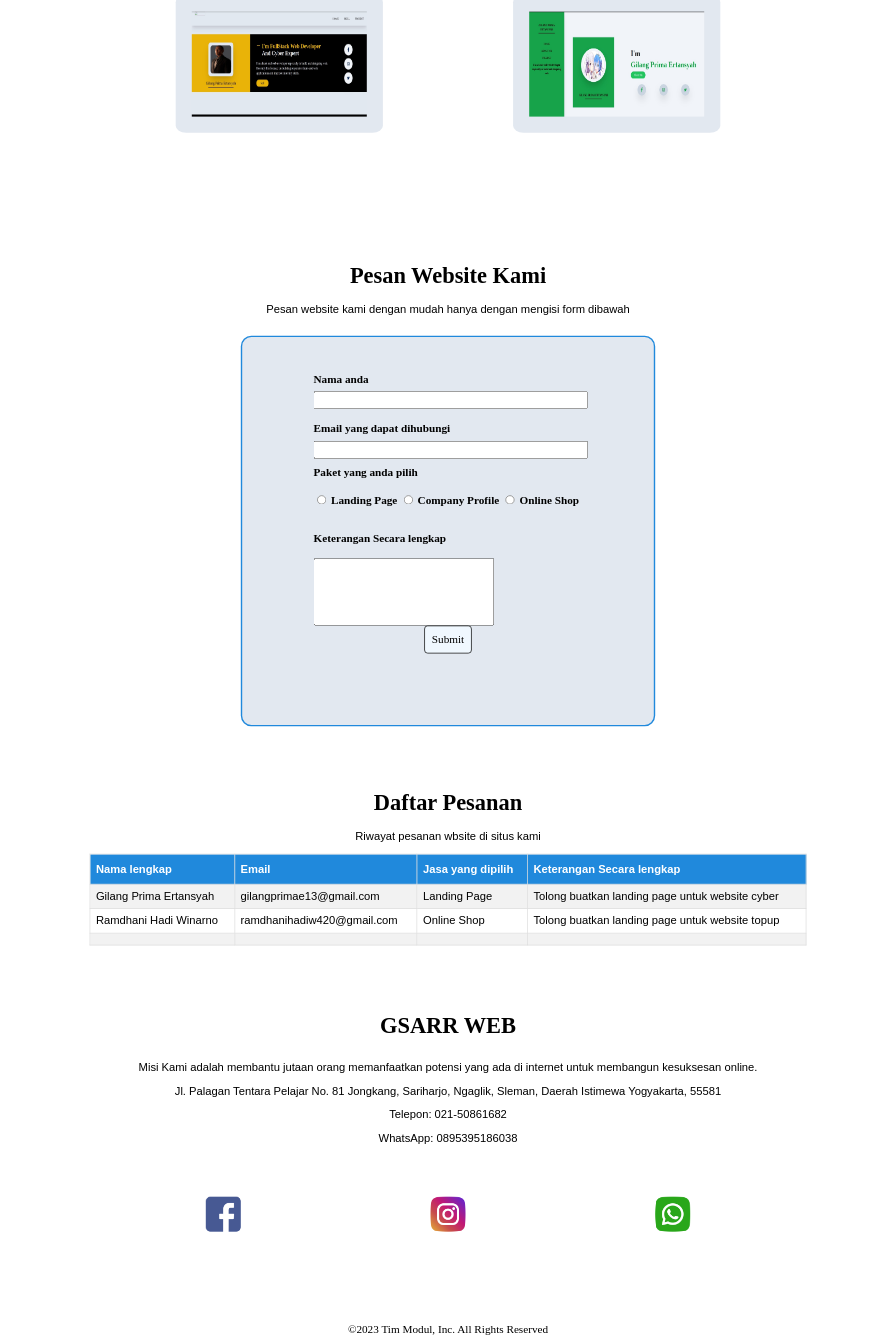
Repository: zecht12/TimModul
Page: TimModul.html
An editor plug-in stored every save of this project. The page is shown before and after a run of saves, followed by the edit.
The browser window is 1280 px wide. The pictures show the part of the page from y = 2532 to 4452 px (the page is 4452 px tall before and 4415 px after), at 70% of full size.

Above is the page before, as saved 2023-04-27 19:20:43.

After the next 2 saves:
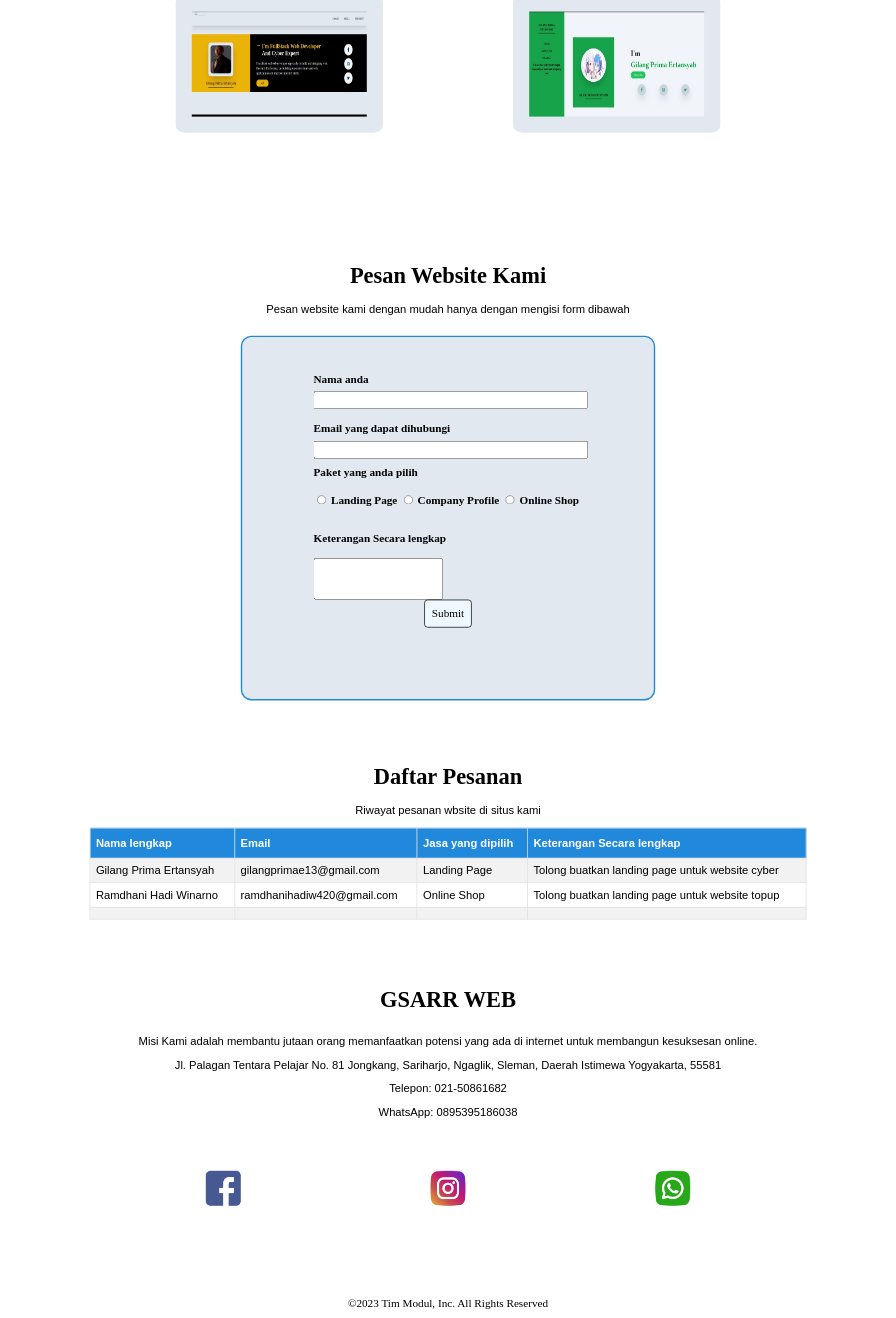
The 2 saves are shown as one change because they came seconds apart.
The last was saved 7 s later.
--- a/TimModul.html
+++ b/TimModul.html
@@ -231,7 +231,7 @@
 
                 <div>
                     <p style="color: black; font-weight: bold; padding-bottom: 1%;">Keterangan Secara lengkap</p>
-                    <input type="text" id="Keterangan" name="Keterangan" class="Keterangan" style="padding: 10%;">
+                    <input type="text" id="Keterangan" name="Keterangan" class="Keterangan" style="padding-top: 10%;">
                 </div>
 
                 <div style="display: flex; justify-content: center; align-items: center;">

After the 3 saves that followed:
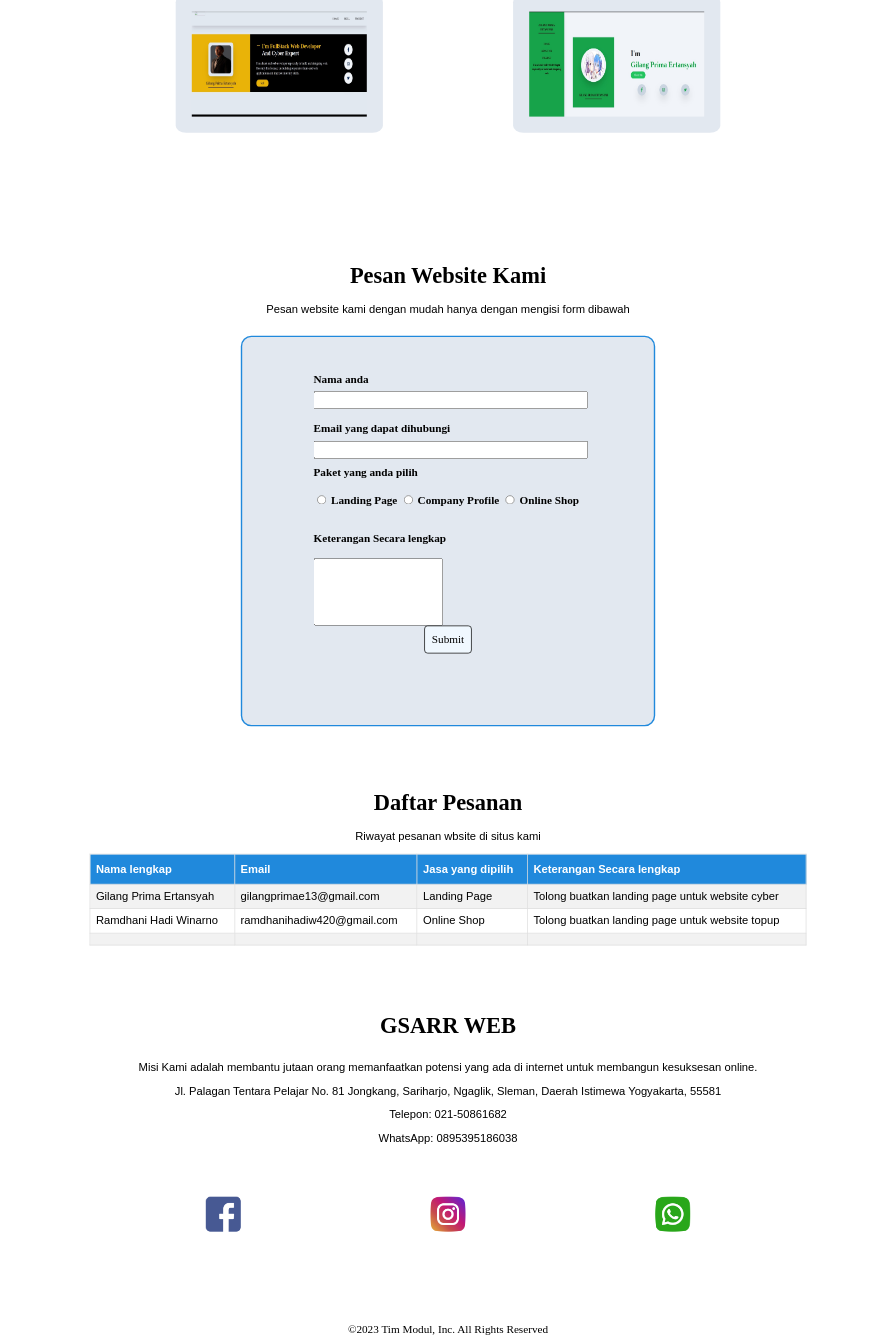
The 3 saves are shown as one change because they came seconds apart.
The last was saved 9 s later.
--- a/TimModul.html
+++ b/TimModul.html
@@ -231,7 +231,7 @@
 
                 <div>
                     <p style="color: black; font-weight: bold; padding-bottom: 1%;">Keterangan Secara lengkap</p>
-                    <input type="text" id="Keterangan" name="Keterangan" class="Keterangan" style="padding-top: 10%;">
+                    <input type="text" id="Keterangan" name="Keterangan" class="Keterangan" style="padding-top: 10%; padding-bottom: 10%;">
                 </div>
 
                 <div style="display: flex; justify-content: center; align-items: center;">
